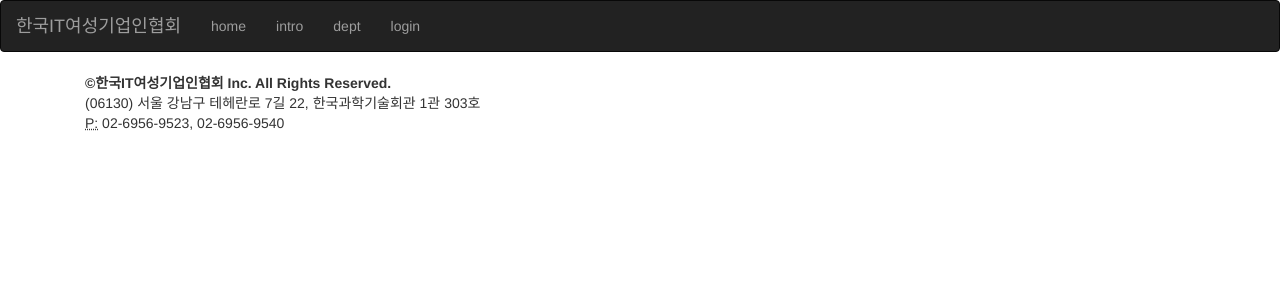
Repository: minho00123/sw-professional-training
Page: http://localhost/sts05/WEB-INF/views/index.jsp
These files come from the project's save history. The page is drawn as it stood at one moment and after the next save; the edit follows.
The browser window is 1280 px wide. The pictures show the whole page.
The page is served by Tomcat 9. Nobody is signed in. The template is opened directly, without the code that normally fills it, so the values that code supplies are empty.

Above is the page before, as saved 2025-05-19 03:43:02.

After the next save:
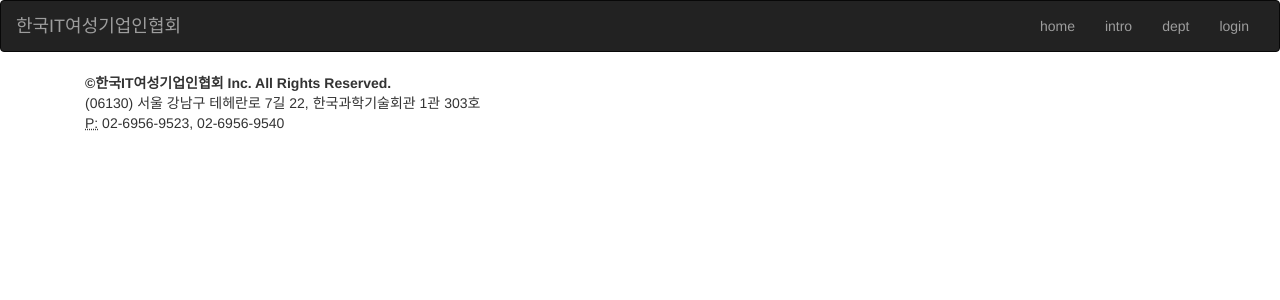
Saved 96 s later.
--- a/stsWorkspace/sts05/src/main/webapp/WEB-INF/views/index.jsp
+++ b/stsWorkspace/sts05/src/main/webapp/WEB-INF/views/index.jsp
@@ -30,7 +30,7 @@
 			</div>
 			<div class="collapse navbar-collapse"
 				id="bs-example-navbar-collapse-1">
-				<ul class="nav navbar-nav">
+				<ul class="nav navbar-nav navbar-right">
 					<li><a href="${pageContext.request.contextPath }/">home</a></li>
 					<li><a href="${pageContext.request.contextPath }/intro">intro</a></li>
 					<li><a href="${pageContext.request.contextPath }/dept/list">dept</a></li>
